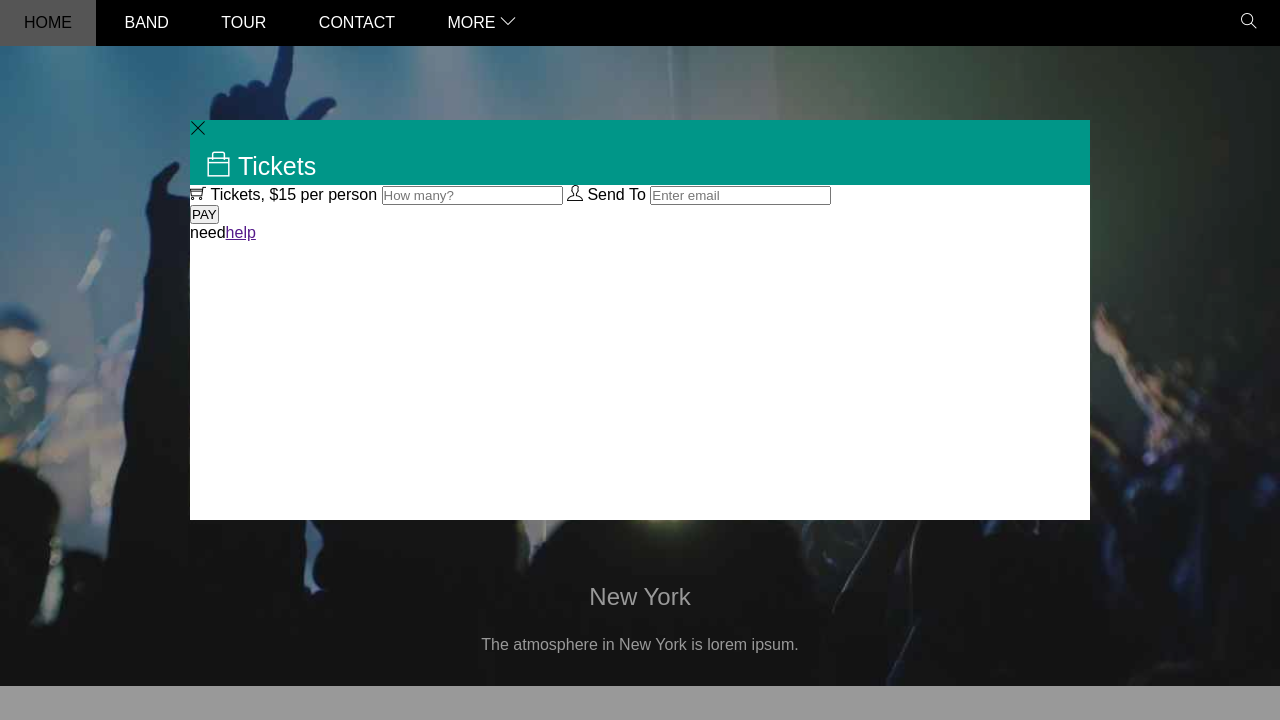
Repository: tung1233hhhhhhhhhhhhh/Website
Page: w3_band/index.html
The author's editor kept a copy of each file at every save. The page is drawn from the files as they stood at one save, then again after the next save.
The browser window is 1280 px wide. The pictures show the window.
A layer covers the whole window, so only the first screen is drawn.

Above is the page before, as saved 2023-02-18 21:25:02.

After the next save:
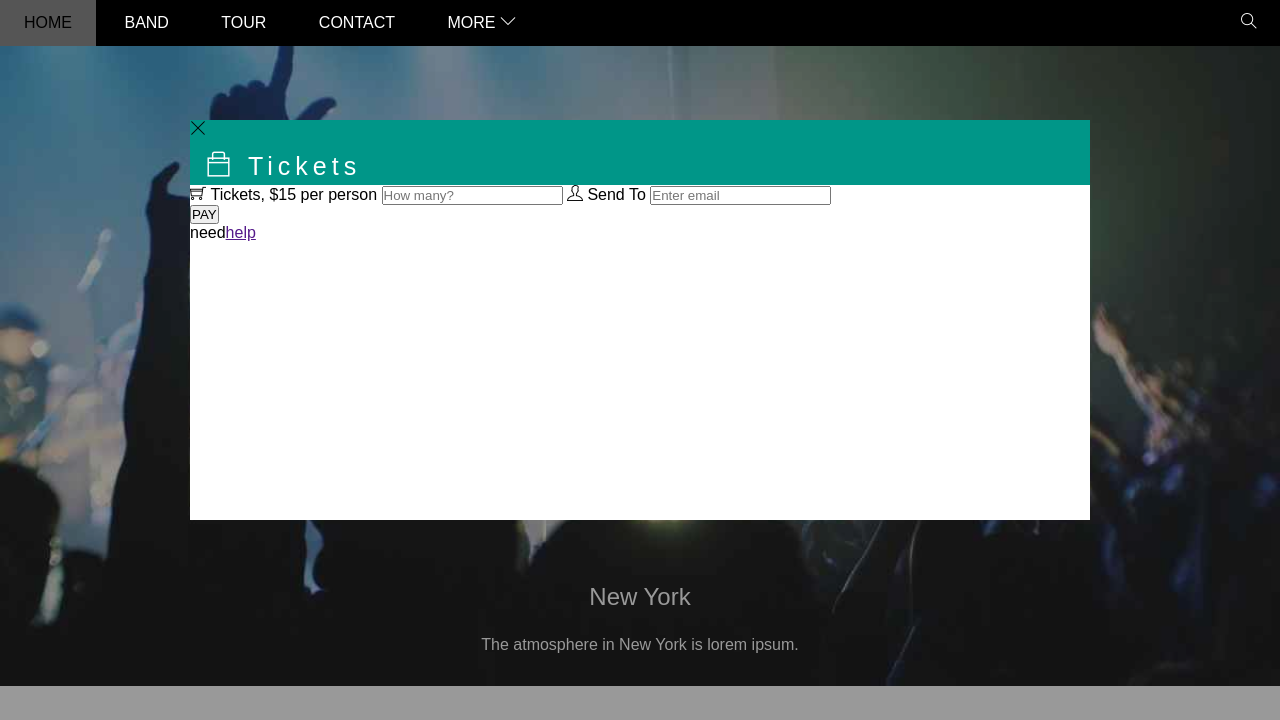
Saved 5 s later.
--- a/w3_band/assets/css/style.css
+++ b/w3_band/assets/css/style.css
@@ -404,6 +404,7 @@
     background-color: #009688;
     font-size: 25px;
     color: #FFF;
-
-
-}
+    letter-spacing: 5px;
+
+
+}
